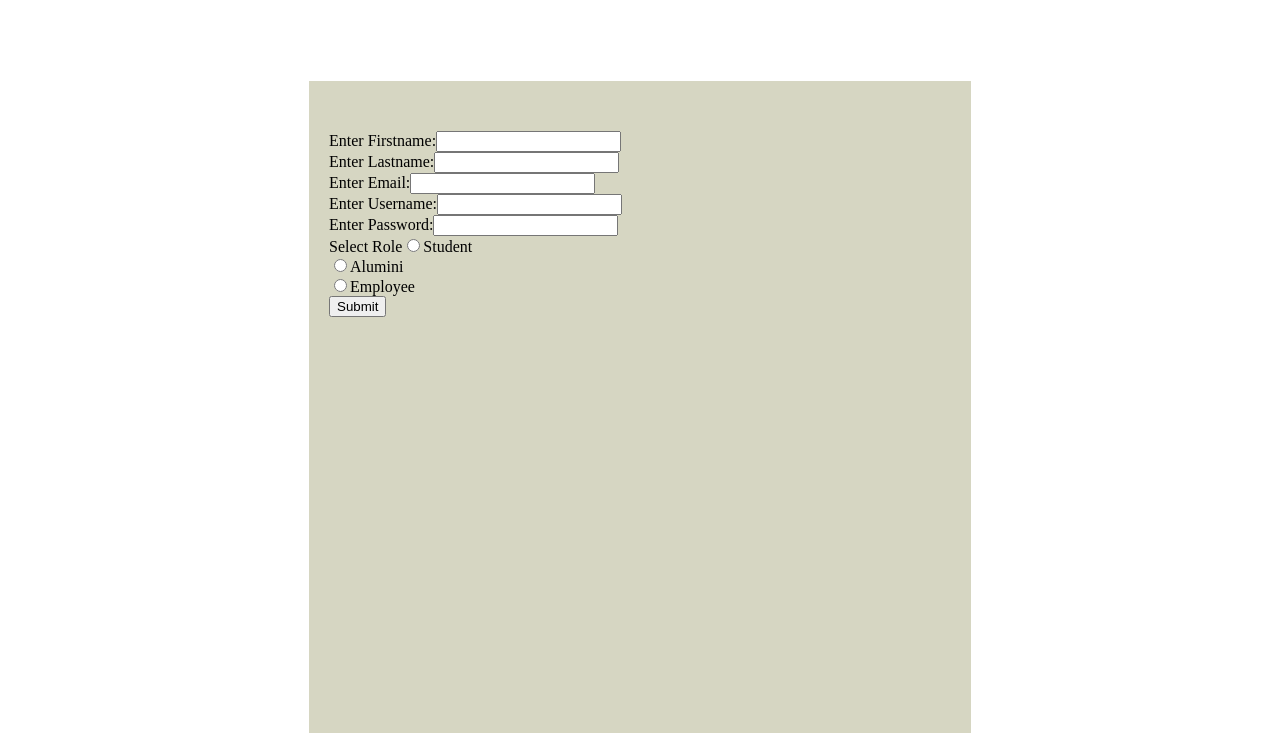
Repository: NeeleshPoojari/Project-2
Page: frontend_project2/WebContent/views/registrationform.html
The author's editor kept a copy of each file at every save. The page is drawn from the files as they stood at one save, then again after the next save.
The browser window is 1280 px wide. The pictures show the whole page.

Above is the page before, as saved 2017-07-17 06:49:02.

After the next save:
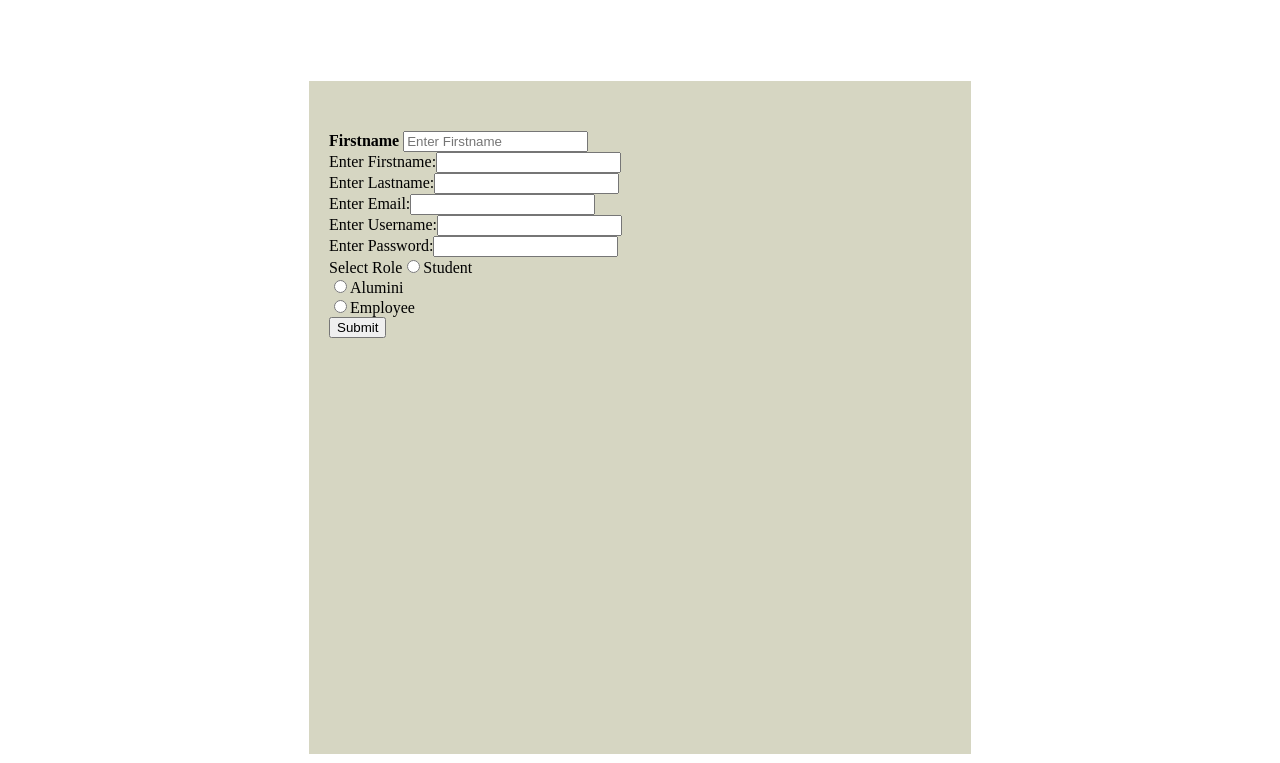
Saved 4 min 7 s later.
--- a/frontend_project2/WebContent/views/registrationform.html
+++ b/frontend_project2/WebContent/views/registrationform.html
@@ -15,7 +15,23 @@
 <div class="middle" style="margin-top: 80px;">
 
 <form >
-Enter Firstname:<input type="text" ng-model="user.firstname"><br>
+		<div class="row">
+			<div class="form-group col-xs-12">
+				<label><b>Firstname</b></label> <input type="text"
+					ng-model="user.firstname" placeholder="Enter Firstname"
+					class="form-control input-lg" required>
+			</div>
+		</div>
+
+
+
+		Enter Firstname:<input type="text" ng-model="user.firstname"><br>
+
+
+
+
+
+
 Enter Lastname:<input type="text" ng-model="user.lastname"><br>
 Enter Email:<input type="text" ng-model="user.email"><br>
 Enter Username:<input type="text" ng-model="user.username"><br>
